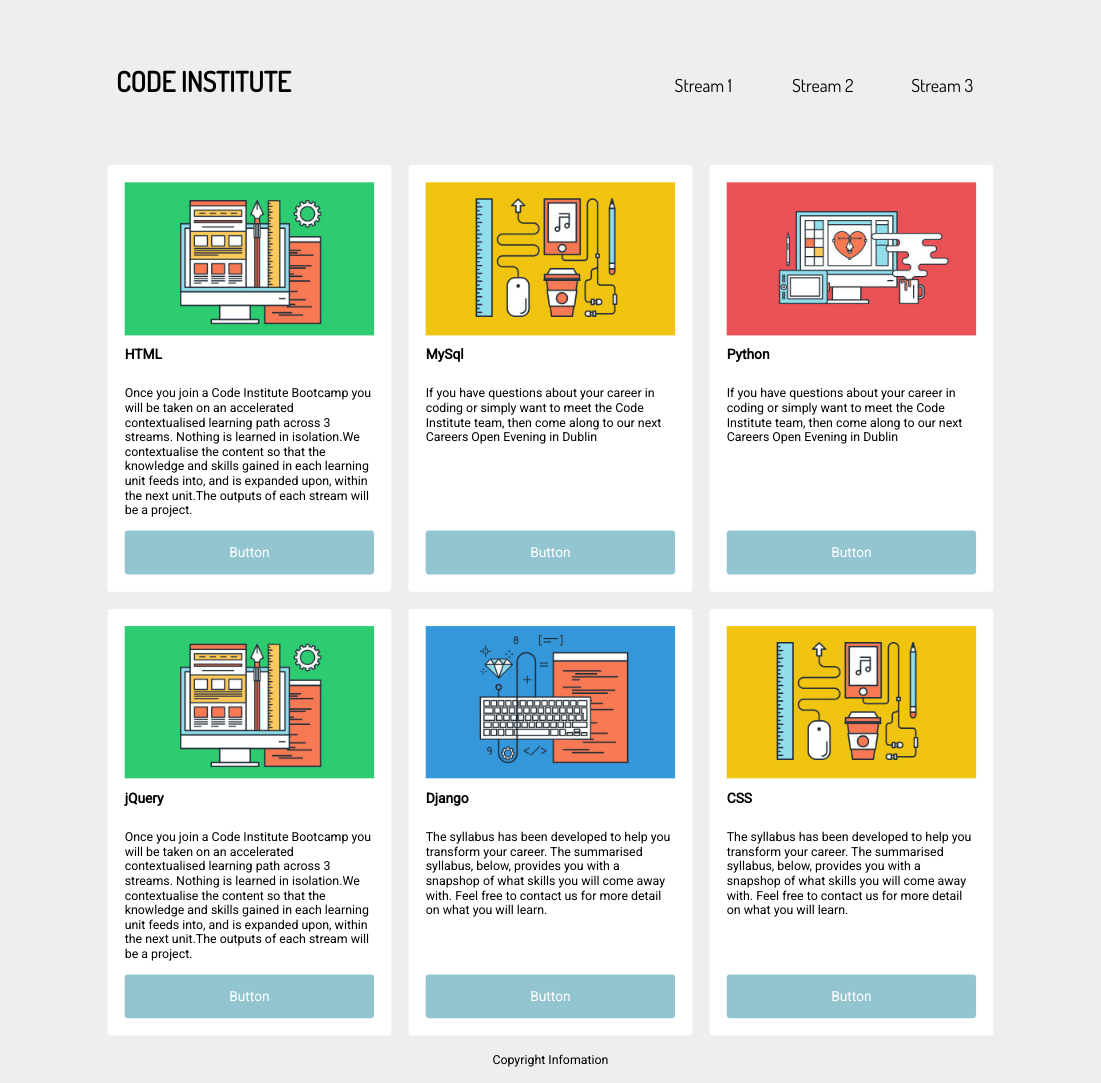
Repository: SOliv1/jquery-downloading-selectors
Page: index.html
The author's editor kept a record of every edit. The page is drawn from the files as they stood at one moment, then again after the next edit.
The browser window is 1280 px wide. The pictures show the whole page, at 86% of full size.
Some web libraries are served in a nearby version.

Above is the page before.

After the next edit:
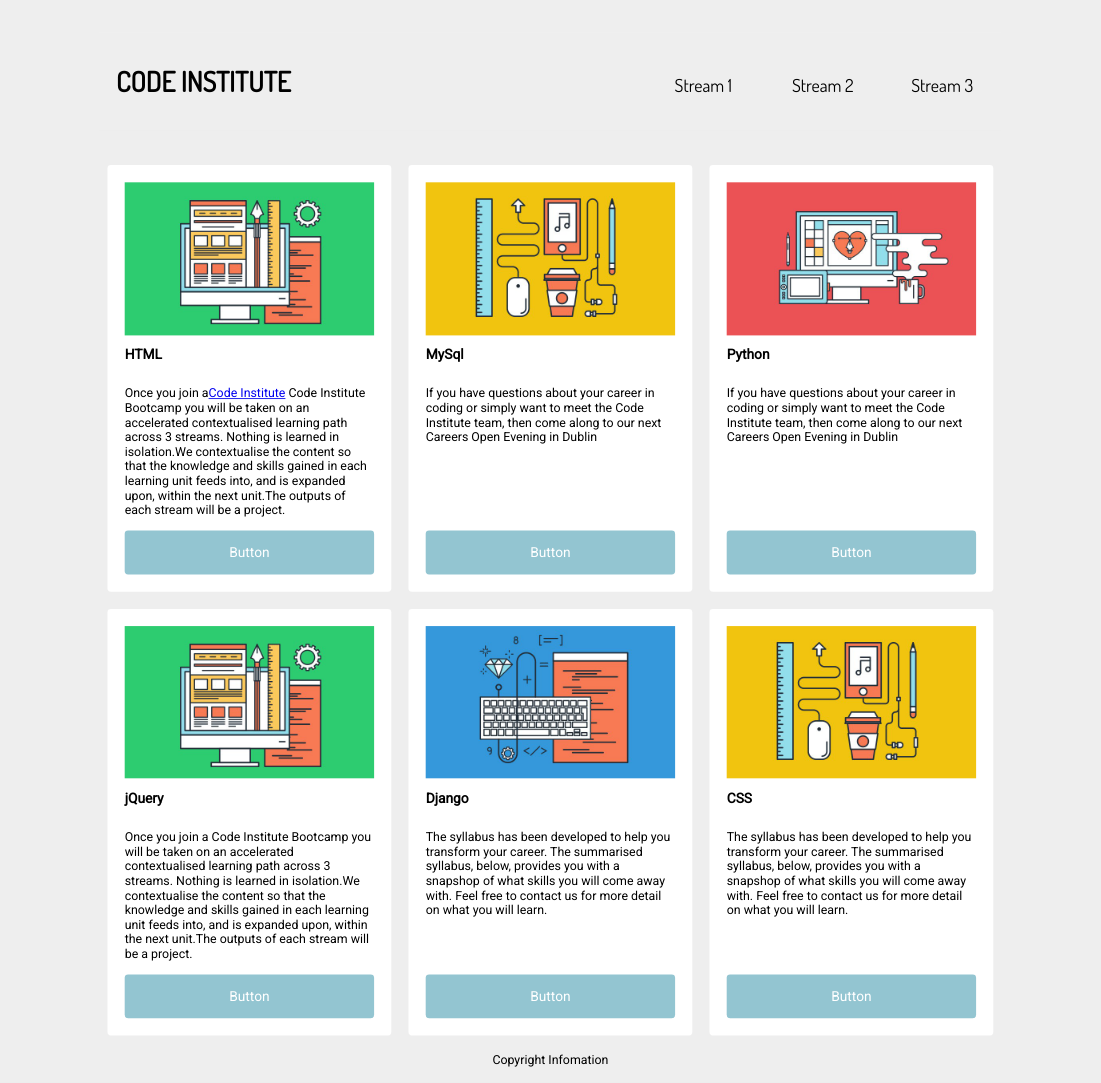
The edit:
--- a/index.html
+++ b/index.html
@@ -46,7 +46,7 @@
 
 				<h2 class="card_head">HTML</h2>
 
-				<p class="card_para">Once you join a Code Institute Bootcamp you will be taken on an accelerated contextualised learning path across 3 streams. Nothing is learned in isolation.We contextualise the content so that the knowledge and skills gained in each learning unit feeds into, and is expanded upon, within the next unit.The outputs of each stream will be a project. </p>
+				<p class="card_para">Once you join a<a href="#">Code Institute</a> Code Institute Bootcamp you will be taken on an accelerated contextualised learning path across 3 streams. Nothing is learned in isolation.We contextualise the content so that the knowledge and skills gained in each learning unit feeds into, and is expanded upon, within the next unit.The outputs of each stream will be a project. </p>
 
 				<a href="" class="bottom_button">Button</a>
 
